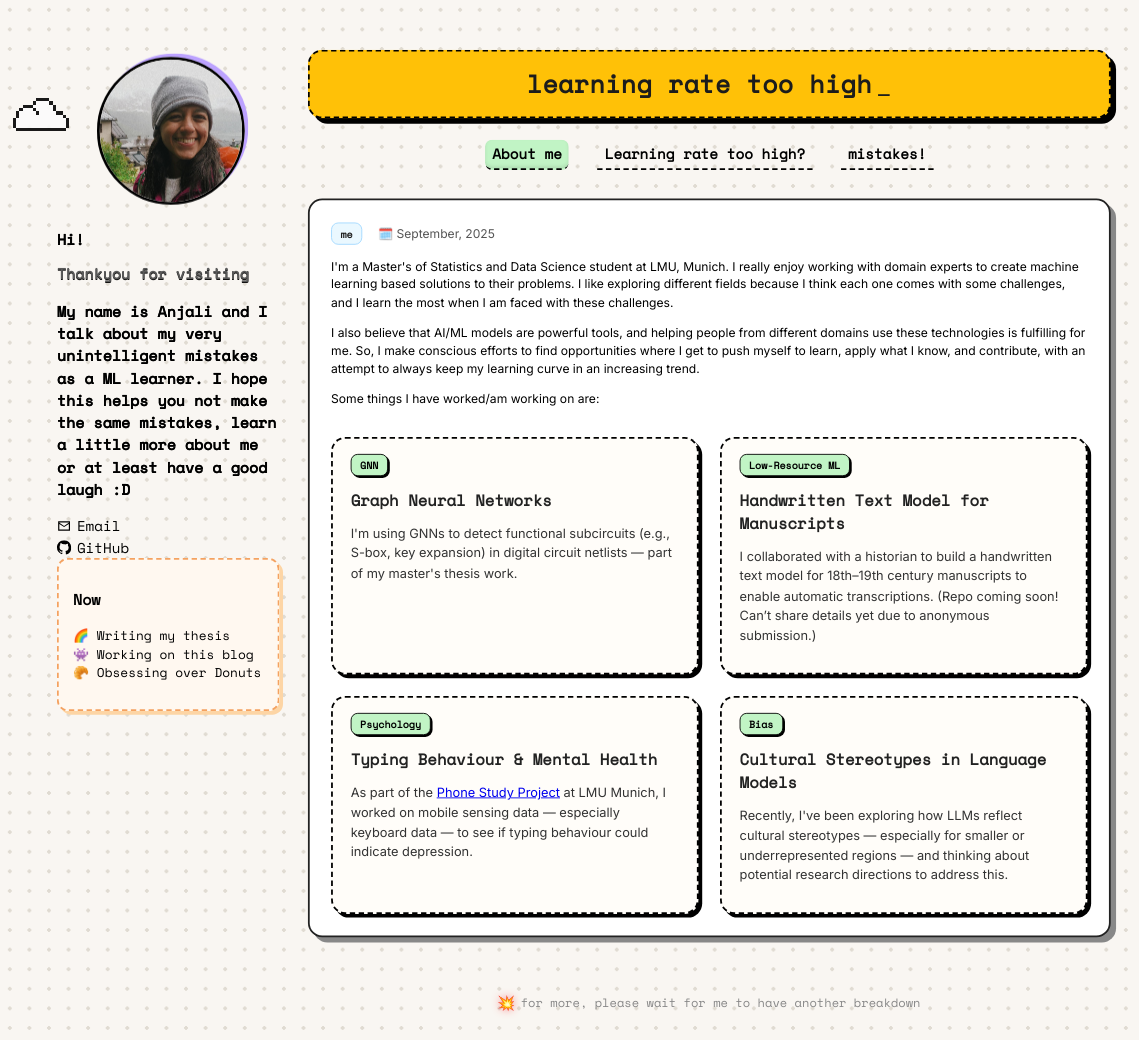
Repository: anjalisarawgi/learning_rate_too_high
Page: index.html
An editor plug-in stored every save of this project. The page is shown before and after the next save, followed by the edit.
The browser window is 1280 px wide. The pictures show the whole page, at 89% of full size.

Above is the page before, as saved 2025-11-03 18:19:14.

After the next save:
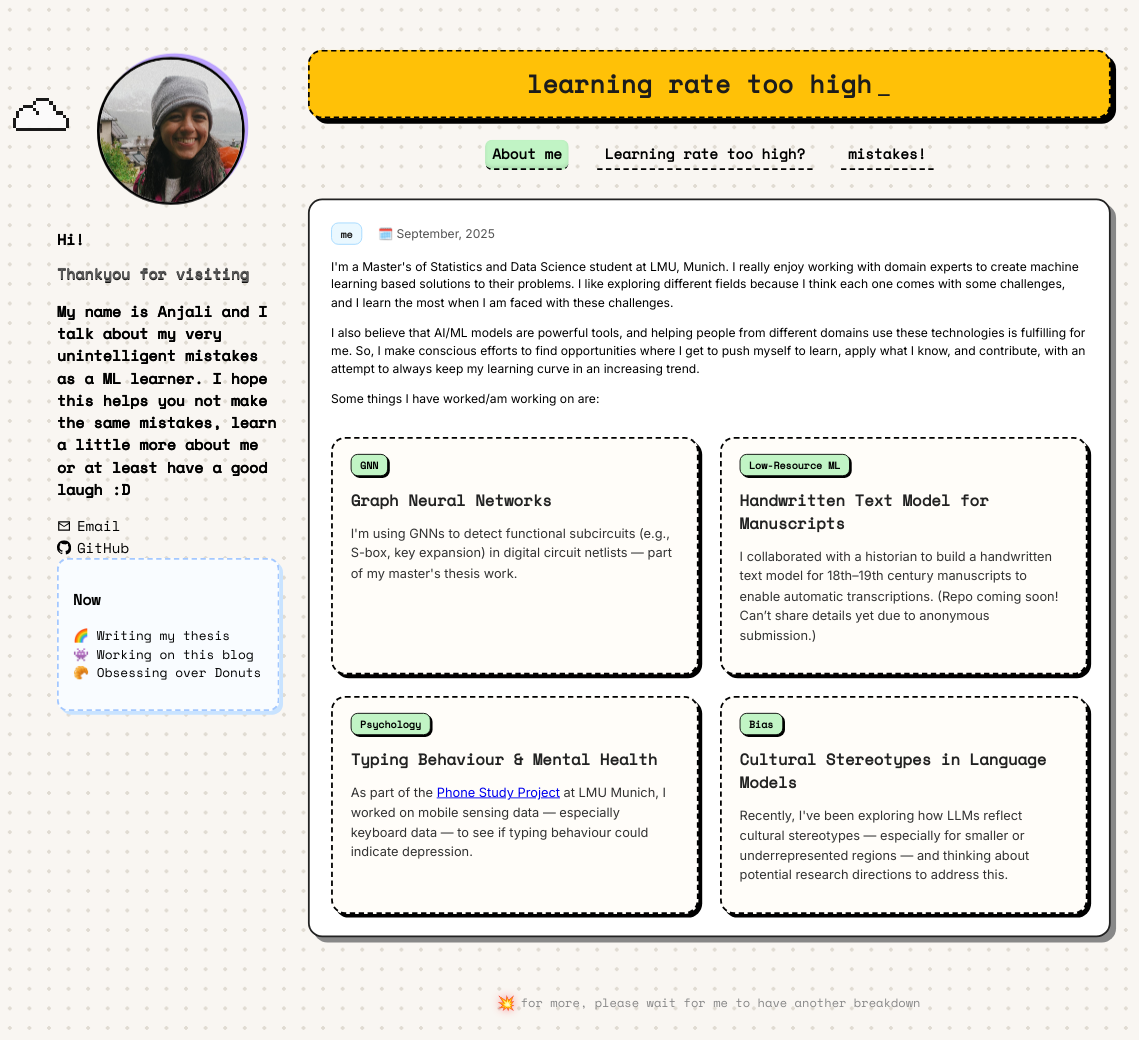
Saved 8 s later.
--- a/index.html
+++ b/index.html
@@ -129,9 +129,9 @@ nav a.active {
     }
 
     .now-block {
-  background: #fff8f0;
-  border: 2px dashed #f4a261;
-  box-shadow: 4px 4px 0 #fdd5a5;
+  background: #f9fcff;
+  border: 2px dashed #a4c8ff;
+  box-shadow: 4px 4px 0 #c9e3ff;
   border-radius: 0.75rem;
   padding: 1rem;
   font-size: 0.9rem;
